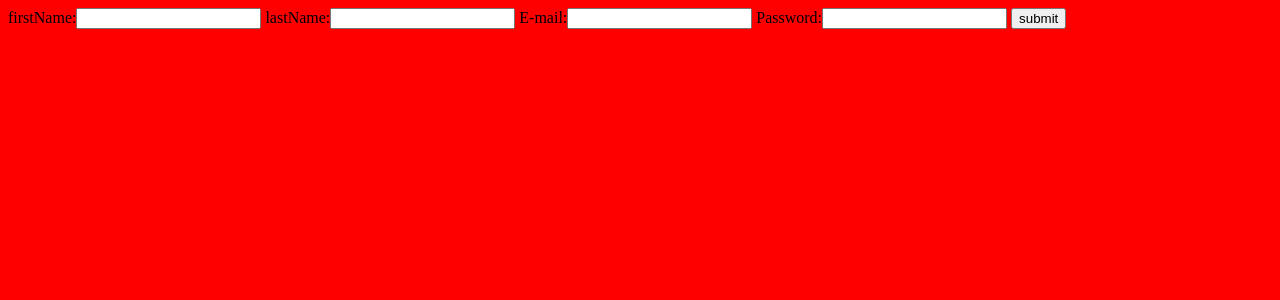
Repository: shruthik537/aemclass
Page: firstweb/src/main/webapp/index.html
The author's editor kept a copy of each file at every save. The page is drawn from the files as they stood at one save, then again after the next save.
The browser window is 1280 px wide. The pictures show the whole page.
Some web libraries are served in a nearby version.

Above is the page before, as saved 2021-09-22 18:32:29.

After the next save:
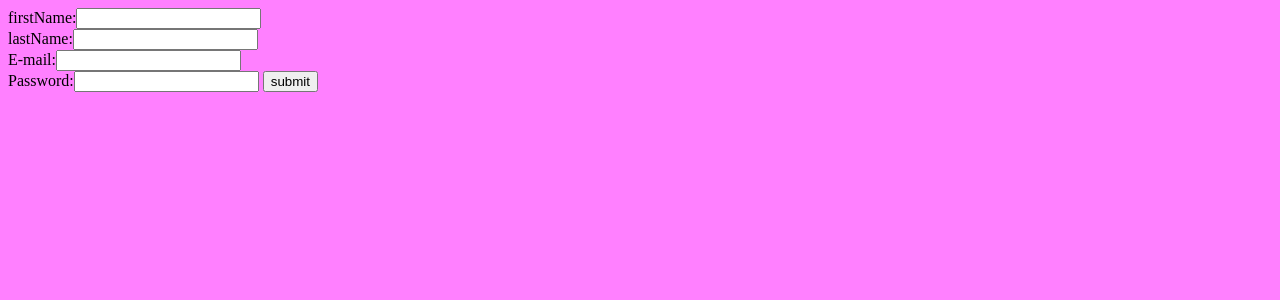
Saved 30 s later.
--- a/firstweb/src/main/webapp/index.html
+++ b/firstweb/src/main/webapp/index.html
@@ -39,11 +39,11 @@
       </script>
 
 </head>
-<body style="background-color:red;">
+<body style="background-color:rgb(255, 128, 255);">
 <form name="myForm" action="./EmployeeregisterServlet" method="post">
-firstName:<input type="text" name="fname" id="fname"/>
-lastName:<input type="text" name="lname" id="lname"/>
-E-mail:<input type="text" name="email" id="email"/>
+firstName:<input type="text" name="fname" id="fname"/><br/>
+lastName:<input type="text" name="lname" id="lname"/><br/>
+E-mail:<input type="text" name="email" id="email"/><br/>
 Password:<input type="text" name="pwd" id="pwd"/>
 <input type="submit" value="submit" id="submit"/>
 </form>
